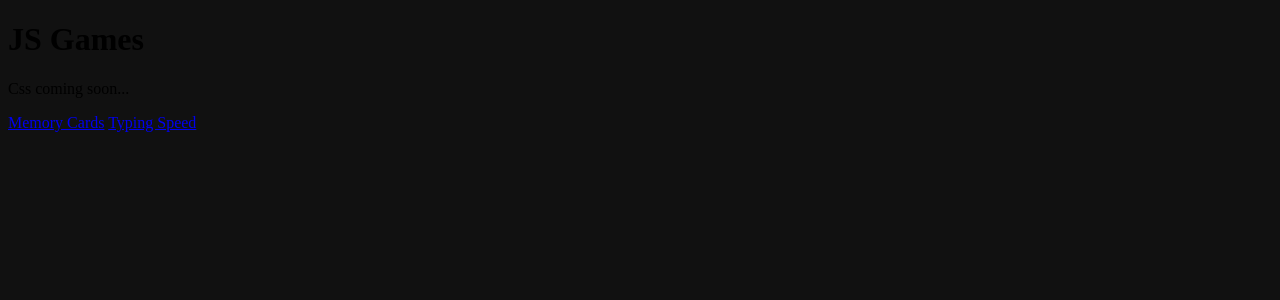
Repository: ThisIsSahaj/Js-Games
Page: index.html
These files come from the project's save history. The page is drawn as it stood at one moment and after the next save; the edit follows.
The browser window is 1280 px wide. The pictures show the whole page.

Above is the page before, as saved 2024-05-20 12:01:17.

### index.html
<!DOCTYPE html>
<html lang="en">
<head>
    <meta charset="UTF-8">
    <meta http-equiv="X-UA-Compatible" content="IE=edge">
    <meta name="viewport" content="width=device-width, initial-scale=1.0">
    <title>JS Games</title>
</head>
<body style="background-color: #111;">

    <h1>JS Games</h1>
    <p>Css coming soon...</p>
    <a href="MemoryCards/index.html">Memory Cards</a>
    <a href="TypingSpeed/index.html">Typing Speed</a>
</body>
</html>

After the next save:
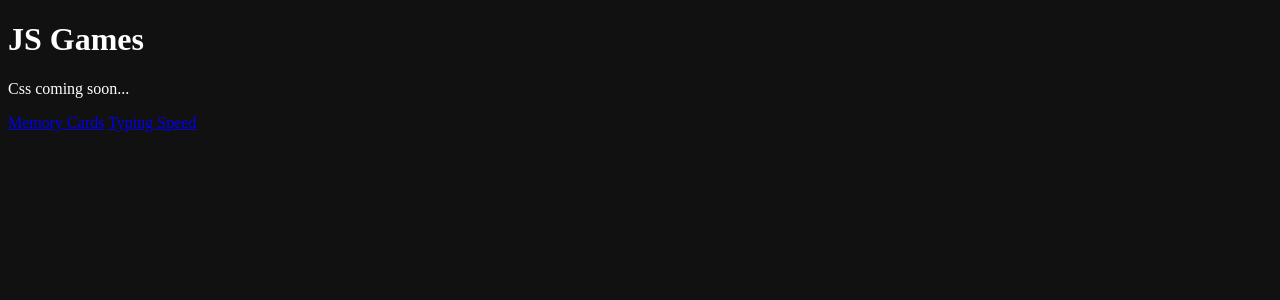
Saved 7 s later.
--- a/index.html
+++ b/index.html
@@ -6,7 +6,7 @@
     <meta name="viewport" content="width=device-width, initial-scale=1.0">
     <title>JS Games</title>
 </head>
-<body style="background-color: #111;">
+<body style="background-color: #111; color: white;">
 
     <h1>JS Games</h1>
     <p>Css coming soon...</p>
